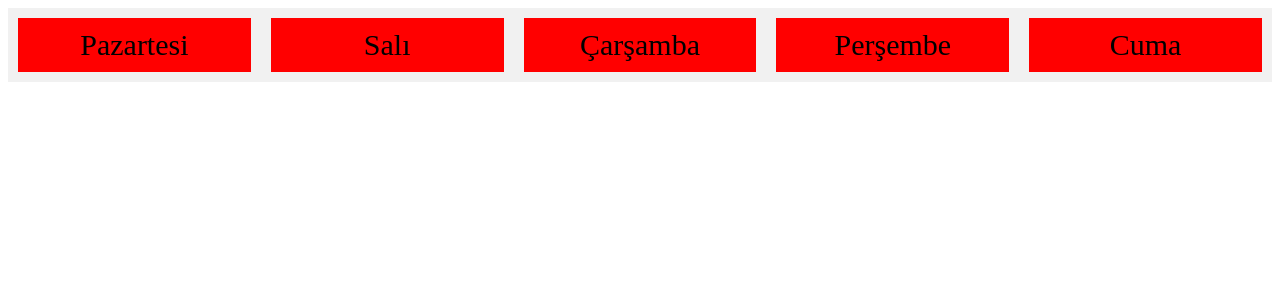
Repository: ahmetbugraozcan/css-ders-programi
Page: deneme2.html
These files come from the project's save history. The page is drawn as it stood at one moment and after the next save; the edit follows.
The browser window is 1280 px wide. The pictures show the whole page.

Above is the page before, as saved 2021-07-10 10:34:53.

### deneme2.html
<!DOCTYPE html>
<html>

<head>
    <style>
        .flex-container {
            display: flex;

            background-color: #f1f1f1;
        }

        .flex-container>div {
            flex-basis: 1000px;
            background-color: red;
            flex-grow: 1;
            padding: 10px;
            margin: 10px;
            text-align: center;
            font-size: 30px;
        }
    </style>
</head>

<body>

    <div class="flex-container">
        <div>Pazartesi</div>
        <div>Salı</div>
        <div>Çarşamba</div>
        <div>Perşembe</div>
        <div>Cuma</div>
    </div>

</body>

</html>

After the next save:
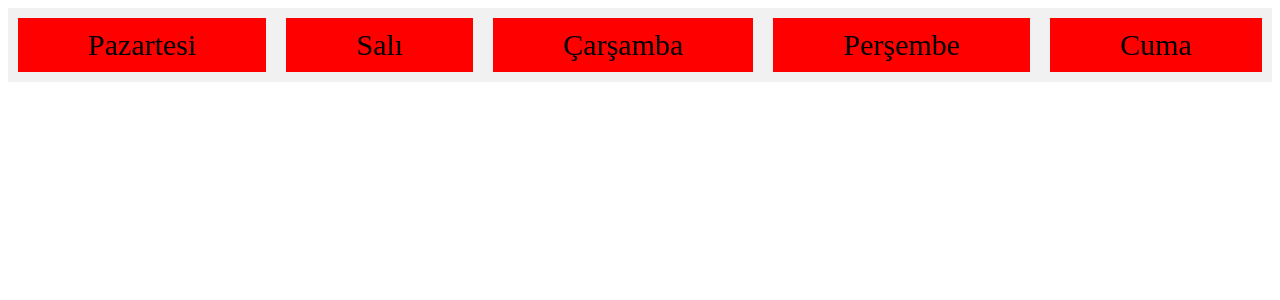
Saved 34 s later.
--- a/deneme2.html
+++ b/deneme2.html
@@ -10,7 +10,7 @@
         }
 
         .flex-container>div {
-            flex-basis: 1000px;
+
             background-color: red;
             flex-grow: 1;
             padding: 10px;
